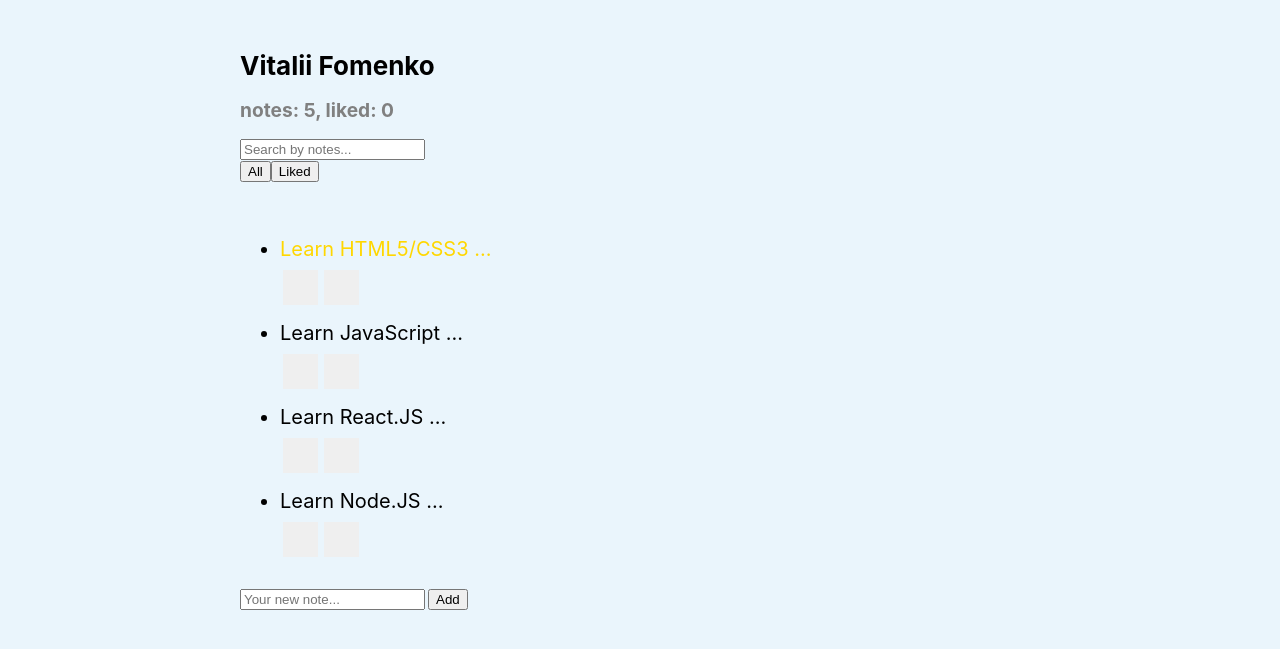
Repository: vitfomenko/react-notes-app
Page: /
An editor plug-in stored every save of this project. The page is shown before and after a run of saves, followed by the edit.
The browser window is 1280 px wide. The pictures show the whole page.
The project was rebuilt for these pictures with package versions that can differ from the ones it lists, and the page was loaded fresh each time.

Above is the page before, as saved 2021-01-05 11:42:27.

### src/components/app/app.js
import React from 'react';

import AppHeader from '../app-header';
import SearchPanel from '../search-panel';
import PostStatusFilter from '../post-status-filter';
import PostList from '../post-list';
import PostAddForm from '../post-add-form';

import './app.css';

const App = () => {

    const data = [
        {label: 'Learn HTML5/CSS3 ...', important: false},
        {label: 'Learn JavaScript ...', important: false},
        {label: 'Learn React.JS ...', important: true},
        {label: 'Learn HNode.JS ...', important: false}
    ];

    return(
        <div className="app">
            <AppHeader />
            <div className="search-panel d-flex">
                <SearchPanel />
                <PostStatusFilter />
            </div>
            <PostList posts={data} />
            <PostAddForm />
        </div>
    )
}

export default App;

### src/components/app-header/app-header.js
import React from 'react';

import './app-header.css';

const AppHeader = () => {
    return (
        <div className="app-header d-flex">
            <h1>Vitalii Fomenko</h1>
            <h2>notes: 5, liked: 0</h2>
        </div>
    )
}

export default AppHeader;

### src/components/search-panel/search-panel.js
import React from 'react';

import './search-panel.css';

const SearchPanel = () => {
    return (
        <input
            className="form-control search-input"
            type="text"
            placeholder="Search by notes..."
        />
    )
}

export default SearchPanel;

### src/components/post-status-filter/post-status-filter.js
import React from 'react';

import './post-status-filter.css';

const PostStatusFilter = () => {
    return (
        <div className="btn-group">
            <button type="button" className="btn btn-info">All</button>
            <button type="button" className="btn btn-outline-secondary">Liked</button>
        </div>
    )
}

export default PostStatusFilter;

### src/components/post-list/post-list.js
import React from 'react';

import PostListItem from '../post-list-item';

import './post-list.css';

const PostList = ({posts}) => {
    return (
        <ul className="app-list list-group">
            <PostListItem label='Learn HTML5/CSS3 ...' important />
            <PostListItem label='Learn JavaScript ...' />
            <PostListItem label='Learn React.JS ...' />
            <PostListItem label='Learn Node.JS ...' />
        </ul>
    )
}

export default PostList;

### src/components/post-add-form/post-add-form.js
import React from 'react';

import './post-add-form.css';

const PostAddForm = () => {
    return (
        <form className="bottom-panel d-flex">
            <input
                type="text"
                placeholder="Your new note..."
                className="form-control new-post-label"
            />
            <button
                type="submit"
                className="btn btn-outline-secondary"
            >
                Add
            </button>

        </form>
    )
}

export default PostAddForm;

### src/components/post-list-item/post-list-item.js
import React from 'react';

import './post-list-item.css';

const PostListItem = ({label, important = false}) => {

    let classNames = 'app-list-item d-flex justify-content-between';

    if (important) {
        classNames += ' important';
    }

    return (
        <li className={classNames}>
            <span className="app-list-item-label">
                {label}
            </span>
            <div className="d-flex justify-content-center align-items-center">
                <button type="button" className="btn-star btn-sm">
                    <i className="fa fa-star"></i>
                </button>
                <button type="button" className="btn-trash btn-sm">
                    <i className="fa fa-trash-o"></i>
                </button>
                <i className="fa fa-heart"></i>
            </div>
        </li>
    )
}

export default PostListItem;

### src/components/post-list-item/post-list-item.css
.app-list-item {
  font-size: 1.25rem;
}

.app-list-item button {
  width: 35px;
  height: 35px;
  margin: 3px;
  font-size: 17px;
  border: none;
  cursor: pointer;
}
.app-list-item button:focus {
    box-shadow: none;
    outline: none;
}
.app-list-item .btn-star {
    color: #FFD700;
}
.app-list-item .btn-trash {
    color: red;
}
.app-list-item .fa-heart {
    width: 35px;
    height: 35px;
    text-align: center;
    line-height: 35px;
    font-size: 16px;
    color: red;
    transition: 0.3s all;
    transform: translateX(30px);
    opacity: 0;
}

.app-list-item-label {
  display: block;
  line-height: 35px;
  cursor: pointer;
  user-select: none;
  transition: 0.5s all;
}

.app-list-item.like .fa-heart {
    opacity: 1;
    transform: translateX(0px);
}

.app-list-item.important .app-list-item-label {
  color: #FFD700;
}

.app-list-item.important .btn-star {
    color: #aeaeae;
}

Loaded but not shown: src/index.js (common file); src/index.css (common file); src/components/app/index.js (common file); src/components/app-header/index.js (common file); src/components/search-panel/index.js (common file); src/components/post-status-filter/index.js (common file); src/components/post-list/index.js (common file); src/components/post-add-form/index.js (common file); src/components/app/app.css (common file); src/components/app-header/app-header.css (common file); src/components/search-panel/search-panel.css (common file); src/components/post-list-item/index.js (common file); src/components/post-list/post-list.css (common file); src/components/post-add-form/post-add-form.css (common file); src/components/post-status-filter/post-status-filter.css (no stored copy; drawn as an empty file)

After the next 6 saves:
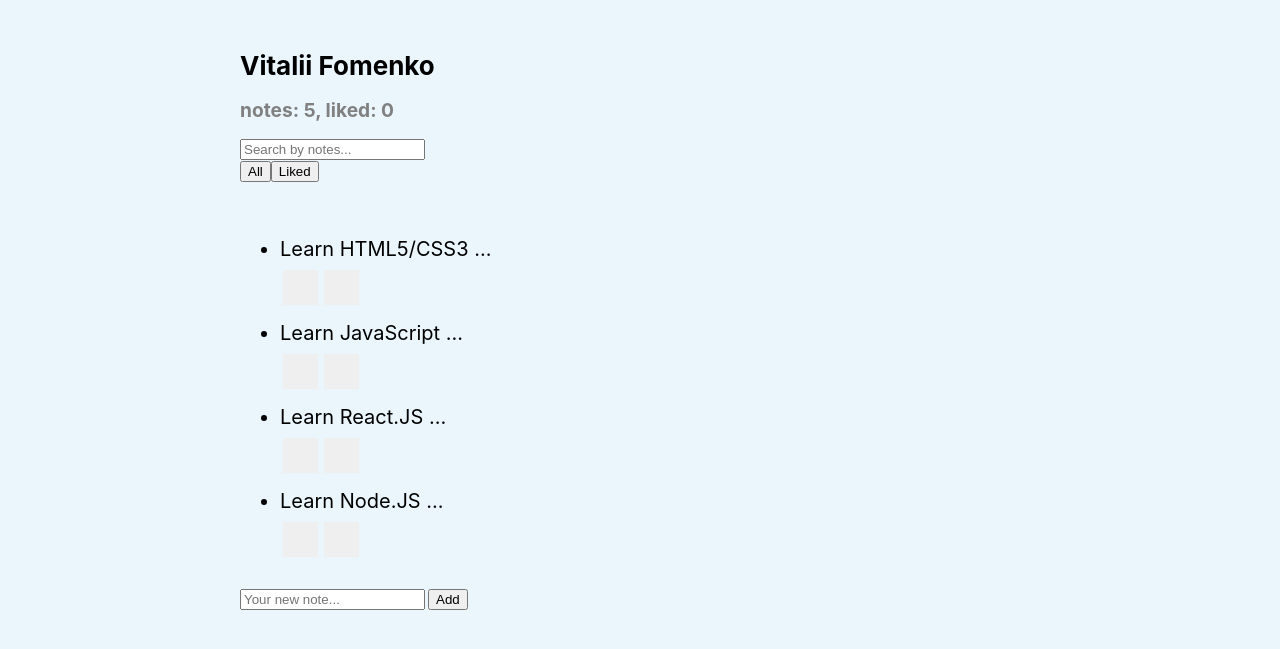
The 6 saves are shown as one change because 1 did not build or start and some came seconds apart.
The last was saved 41 s later.
--- a/src/components/post-list/post-list.js
+++ b/src/components/post-list/post-list.js
@@ -7,7 +7,7 @@ import './post-list.css';
 const PostList = ({posts}) => {
     return (
         <ul className="app-list list-group">
-            <PostListItem label='Learn HTML5/CSS3 ...' important />
+            <PostListItem label={posts[0].label} />
             <PostListItem label='Learn JavaScript ...' />
             <PostListItem label='Learn React.JS ...' />
             <PostListItem label='Learn Node.JS ...' />
